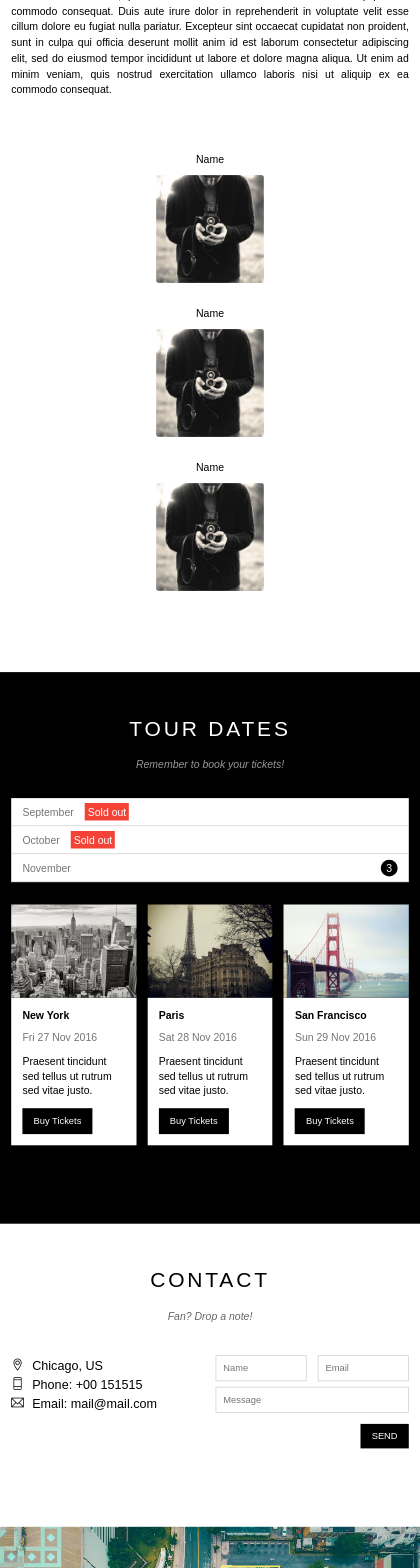
Repository: maivannhan1998/git-w3band
Page: index.html
The author's editor kept a copy of each file at every save. The page is drawn from the files as they stood at one save, then again after the next save.
The browser window is 600 px wide. The pictures show the part of the page from y = 573 to 2813 px (the page is 3270 px tall before and 3831 px after), at 70% of full size.

Above is the page before, as saved 2021-09-11 09:56:48.

### index.html

<!DOCTYPE html>
<html lang="en">
<head>
    <meta charset="UTF-8">
    <meta http-equiv="X-UA-Compatible" content="IE=edge">
    <meta name="viewport" content="width=device-width, initial-scale=1.0">
    <title>Document</title>
    <link rel="stylesheet" href="./asset/css/style.css">
    <link rel="stylesheet" href="./asset/css/responsive.css">
    <link rel="stylesheet" href="./asset/fontss/themify-icons/themify-icons.css">
</head>
<body>
    <div id="main">
        <div id="header">
            <!-- Begin: nav -->
            <ul id="nav">
                <li><a href="#">Home</a></li>
                <li><a href="#tour">Tour</a></li>
                <li><a href="#band">Band</a></li>
                <li><a href="#contact">Contact</a></li>
                <li><a href="#">
                    More
                    <i class="nav-arrow-down ti-angle-down"></i>
                </a>
                    <ul class="subnav">
                        <li><a href="#">Merchandise</a></li>
                        <li><a href="#">Extras</a></li>
                        <li><a href="#">Media</a></li>
                    </ul>
                </li>
            </ul>
            <!-- End: nav -->

            <!-- Begin: Search button -->
            <div class="search-btn">
                <i class="search-icon ti-search"></i>
            </div>

            <div id="mobile-menu" class="mobile-menu-btn">
                <i class="menu-icon ti-menu"></i>
            </div>
            <!-- End: Search button -->


        </div>

        <div id="slider">
            <div class="text-content">
                <h2 class="text-heading">New York</h2>
                <div class="text-des">The atmosphere in New York is lorem ipsum.</div>
            </div>
        </div>

        <div id="content">
            <!-- About section -->
            <div id="band" class="content-section">
                <h2 class="heading-section">THE BAND</h2>
                <p class="heading-sub-section">We love music</p>
                <p class="about-text">We have created a fictional band website. Lorem ipsum dolor sit amet, consectetur adipiscing elit, sed do eiusmod tempor incididunt ut labore et dolore magna aliqua. Ut enim ad minim veniam, quis nostrud exercitation ullamco laboris nisi ut aliquip ex ea commodo consequat. Duis aute irure dolor in reprehenderit in voluptate velit esse cillum dolore eu fugiat nulla pariatur. Excepteur sint occaecat cupidatat non proident, sunt in culpa qui officia deserunt mollit anim id est laborum consectetur adipiscing elit, sed do eiusmod tempor incididunt ut labore et dolore magna aliqua. Ut enim ad minim veniam, quis nostrud exercitation ullamco laboris nisi ut aliquip ex ea commodo consequat.</p>
                <div class="row members-list">
                    <div class="member-item col col-third text-center">
                         <p class="member-name">Name</p>
                         <img src="./asset/img/band/member1.jpg" alt="Name" class="member-img">
                    </div>
                    <div class="member-item col col-third text-center">
                        <p class="member-name">Name</p>
                        <img src="./asset/img/band/member1.jpg" alt="Name" class="member-img">
                   </div>
                   <div class="member-item col col-third text-center">
                        <p class="member-name">Name</p>
                        <img src="./asset/img/band/member1.jpg" alt="Name" class="member-img">
                    </div>


                </div>
            </div>

            <!--Tour section  -->
            <div id="tour" class="tour-section">

                <div class="content-section">
                    <h2 class="heading-section text-white">TOUR DATES</h2>
                    <p class="heading-sub-section text-white">Remember to book your tickets!</p>
                    <ul class="tickets-list">
                        <li>September<span class="sold-out">Sold out</span></li>
                        <li>October<span class="sold-out">Sold out</span></li>
                        <li>November<span class="quanity">3</span></li>
                    </ul>

                    <!-- Place section -->
                    <div class="row places-list">
                        <div class="col col-third ">
                            <img src="./asset/img/places/newyork.jpg" alt="New York" class="place-img">
                            <div class="place-content">
                                <h3 class="place-heading">New York</h3>
                                <p class="place-time">Fri 27 Nov 2016</p>
                                <p class="place-des">Praesent tincidunt sed tellus ut rutrum sed vitae justo.</p>
                                <button class="place-buy-btn js-buy-ticket">Buy Tickets</button>
                            </div>
                        </div>

                        <div class=" col col-third ">
                            <img src="./asset/img/places/paris.jpg" alt="Paris" class="place-img">
                            <div class="place-content">
                                <h3 class="place-heading">Paris</h3>
                                <p class="place-time">Sat 28 Nov 2016</p>
                                <p class="place-des">Praesent tincidunt sed tellus ut rutrum sed vitae justo.</p>
                                <button class="place-buy-btn js-buy-ticket">Buy Tickets</button>
                            </div>
                        </div>

                        <div class=" col col-third ">
                            <img src="./asset/img/places/sanfran.jpg" alt="San Francisco" class="place-img">
                            <div class="place-content">
                                <h3 class="place-heading">San Francisco</h3>
                                <p class="place-time">Sun 29 Nov 2016</p>
                                <p class="place-des">Praesent tincidunt sed tellus ut rutrum sed vitae justo.</p>
                                <button class="place-buy-btn js-buy-ticket">Buy Tickets</button>
                            </div>
                        </div>


                    </div>
                </div>


            </div>

            <!-- Contact section -->

            <div id="contact" class="content-section">
                <h2 class="heading-section">CONTACT</h2>
                <p class="heading-sub-section">Fan? Drop a note!</p>


                <div class="row contact-content">
                    <div class="col col-half contact-info">
                           <p><i class="ti-location-pin"></i>Chicago, US</p>
                           <p><i class="ti-mobile"></i>Phone: +00 151515</p>
                           <p><i class="ti-email"></i>Email: mail@mail.com</p>
                    </div>
                    <div class="col col-half contact-form">
                        <form action="">
                            <div class="row">
                                   <div class="col col-half">
                                       <input type="text" name="" placeholder="Name" required  id="contact-name" class="form-control">
                                   </div>
                                   <div class="col col-half">
                                       <input type="email" name="" placeholder="Email" required id="contact-email" class="form-control">
                                   </div>
                                   <!-- <div class="clear"></div> -->
                            </div>
                            <div class="row mt-8">
                               <div class="col col-full">
                                   <input type="text" name="" placeholder="Message" id="contact-message" required class="form-control">
                               </div>
                            </div>
                            <input class="form-submit-btn mt-16" type="submit" value="SEND">

                        </form>
                    </div>
                </div>
            </div>

            <!-- End contact section -->

            <div class="map-section">
                <img src="./asset/img/map.jpg" alt="Map">
            </div>



        </div>

        <div id="footer">
            <div class="social-list">
                <a href=""><i class="ti-facebook"></i></a>
                <a href=""><i class="ti-instagram"></i></a>
                <a href=""><i class="ti-github"></i></a>
                <a href=""><i class="ti-pinterest"></i></a>
                <a href=""><i class="ti-twitter"></i></a>
                <a href=""><i class="ti-linkedin"></i></a>
            </div>
            <p class="copyright">Powered by <a href="">w3.css</a></p>
        </div>
    </div>

    <div class="modal js-modal">
        <div class= "modal-container js-modal-container">
            <div class="modal-close js-modal-close">
                <i class="ti-close"></i>
            </div>
            <header class="modal-header">
                <i class="modal-tibag-icon ti-bag"></i>
                Tickets
            </header>

            <div class="modal-body">
                <label for="ticket-quanity" class="modal-label">
                    <i class="ti-shopping-cart"></i>
                    Tickets, $15 per person
                </label>
                <input id="ticket-quanity" type="text" class="modal-input" placeholder="How many?">

                <label for="ticket-email" class="modal-label">
                    <i class="ti-user"></i>
                    Send to
                </label>
                <input id="ticket-email" type="email" class="modal-input" placeholder="Enter mail...">

                <button id="buy-tickets">
                    Pay <i class="ti-check"></i>
                </button>


            </div>

            <footer class="modal-footer">
                <p class="modal-help">Need <a href="">help?</a></p>
            </footer>
        </div>
    </div>

 <script>
        const buyBtns = document.querySelectorAll('.js-buy-ticket')
        const modal = document.querySelector('.js-modal')
        const modalContainer = document.querySelector('.js-modal-container')
        const modalClose = document.querySelector('.js-modal-close')

        function showBuyTickets() {
            modal.classList.add('open')
        }
        function hiddenBuyTickets() {
            modal.classList.remove('open')
        }

        for ( const buyBtn of buyBtns) {
            buyBtn.addEventListener('click', showBuyTickets )
        }

        modalClose.addEventListener('click', hiddenBuyTickets)

        modal.addEventListener('click', hiddenBuyTickets)

        modalContainer.addEventListener('click', function(event){
            event.stopPropagation()
        })

    </script>

    <script>
        var header = document.getElementById('header');
        var mobileMenu = document.getElementById('mobile-menu');
        var headerHeight = header.clientHeight;

        // Đóng/mở mobile menu
        mobileMenu.onclick = function () {
           var isClose = header.clientHeight === headerHeight;
           if (isClose) {
               header.style.height = 'auto';
           } else {
               header.style.height = null;
           }
        }
        //tự động đóng khi chọn menu
        var menuItems = document.querySelectorAll('#nav li a[href*="#"]')
        for(var i = 0; i < menuItems.length; i++) {
            var menuItem = menuItems[i];

            menuItem.onclick = function(event){
                var isParentMenu = this.nextElementSibling && this.nextElementSibling.classList.contains('subnav');
                if(isParentMenu) {
                    event.preventDefault();
                } else {
                    header.style.height = null;
                }
            }

        }
    </script>

</body>
</html>

### asset/css/style.css
/* Reset CSS*/
*{
    padding: 0;
    margin: 0;
    box-sizing: border-box;
}

/* common */

.row {
    margin-left: -8px;
    margin-right: -8px;
}

.row::after {
    content: "";
    display: block;
    clear: both;
}

.col {
    float: left;
    padding-left: 8px;
    padding-right: 8px;
}

.col-third {
    width: 33.33333%;
}

.col-half {
    width: 50%;
}

.col-full {
    width: 100%;
}

.text-center {
    text-align: center !important;
}

.clear {
    clear: both;
}

.text-white {
    color: #fff !important;
}

.mt-8 {
    margin-top: 8px;
}

.mt-16 {
    margin-top: 16px;
}

html{
    font-family: Arial, Helvetica, sans-serif;
    scroll-behavior: smooth;

}

#main{

}

#header{
    position: fixed;
    top: 0;
    left: 0;
    right: 0;
    height: 46px;
    background-color: #000;
    z-index: 1;

}

#nav {
    display: inline-block ;
}

#nav, .subnav {
    list-style-type: none;
}

#nav > li {
    display: inline-block;
}

#nav li{
    position: relative;

}

#nav > li > a {
    color: #fff;
    text-transform: uppercase;
}

#nav li a {
    padding: 0 24px;
    line-height: 46px;
    display: block;
    text-decoration: none;
}
#nav .subnav li:hover a,
#nav > li:hover > a {
    color: #000;
    background-color: #ccc;
}

#nav .subnav {
    display: none;
    position: absolute;
    top: 100%;
    left: 0;
    min-width: 160px;
    background-color: #fff;
    box-shadow: 0 0 10px rgba(0, 0, 0, 0.3);
}

#nav .subnav a {
    color: #000;
    padding: 0 12px;
    line-height: 38px;

}

#nav li:hover .subnav {
    display: block;
}

.nav-arrow-down {
    font-size: 14px;
}

#header .mobile-menu-btn {
    position: absolute;
    top: 0;
    right: 0;
    display: none;
}

#header .mobile-menu-btn,
#header .search-btn {
    float: right;
    padding: 0px 21px;
}

#header .mobile-menu-btn:hover {
    background-color: #ccc;
}

#header .mobile-menu-btn:hover .menu-icon {
    color: #000;
}

#header .search-btn:hover  {
    cursor: pointer;
    background-color: #f44336;
}
#header .menu-icon,
#header .search-icon {
    color: #fff;
    font-size: 20px;
    line-height: 46px;
}

#slider{
   margin-top: 45px;
   /* chỉ số % chiều ngang của chính nó (chiều cao lun bằng 1/2 chiều ngang) */
   position: relative;
   padding-top: 50%;
   background: url('../img/slider/slider1.jpg') top center / cover no-repeat;
}

#slider .text-content {
    position: absolute;
    bottom: 47px;
    color: #fff;
    width: 100%;
    /* left: 50%;
   transform: translateX(-50%); */
   text-align: center;

}

#slider .text-heading {
    font-weight: 500;
    font-size: 24px;
}

#slider .text-des {
    font-size: 15px;
    margin-top: 25px;
}

#content{

}

#content .content-section {
    width: 800px;
    padding: 64px 0 112px;
    margin-left: auto;
    margin-right: auto;
    /*responsive */
    max-width: 100%;
    padding-left: 16px;
    padding-right: 16px;

}

#content .heading-section {
    text-align: center;
    font-size: 30px;
    font-weight: 500;
    letter-spacing: 4px;
}

#content .heading-sub-section {
    text-align: center;
    font-size: 15px;
    margin-top: 25px;
    font-style: italic;
    opacity: 0.6;
}

#content .about-text {
    margin-top: 25px;
    text-align: justify;
    font-size: 15px;
    line-height: 1.5;
}

#content .members-list {
    margin-top: 48px;
}



#content .member-name {
    font-size: 15px;
}

#content .member-img {
    width: 154px;
    margin-top: 15px ;
    border-radius: 4px;

}

/* tour section */

.tour-section {
    background-color: #000;
}

.tickets-list {
    margin-top: 40px;
    list-style-type: none;
    background-color: #fff;

}

.tickets-list li {
    color: #757575;
    font-size: 15px;
    padding: 11px 16px;
    border-bottom: 1px solid #ccc;
}

.tickets-list .sold-out {
    color: #fff;
    background-color: #f44336;
    padding: 4px 4px;
    margin-left: 16px;
}

.tickets-list .quanity {
    float: right;
    color: #fff;
    background-color: #000;
    width: 24px;
    height: 24px;
    border-radius: 50%;
    text-align: center;
    margin-top: -3px;
    line-height: 24px;
}

.places-list {
    margin-top: 32px;

}

.place-img{
    width: 100%;
    display: block;
}

.place-img:hover {
    opacity: 0.6;
}

.place-content{
background-color: #fff;
padding: 16px;
font-size: 15px;
}

.place-heading{
    font-size: 15px;
}

.place-time{
    margin-top: 15px;
    color: #757575;
}

.place-des{
    margin: 15px 0;
    line-height: 1.4;
}

.place-buy-btn{
    color: #fff;
    background-color: #000;
    text-decoration: none;
    padding: 11px 16px;
    display: inline-block;
    border: none;
}

.place-buy-btn:hover {
    color: #000;
    background-color: #ccc;
}

/* contact form */

.contact-content {
    margin-top: 48px;
}

.contact-info {
    font-size: 18px;
}

.contact-info i[class*="ti-"]{
    width: 30px;
    display: inline-block;
    line-height: 1.5;
}

.contact-form {
    font-size: 15px;
}

.contact-form .form-control {
    padding: 10px;
    border: 1px solid #ccc;
    width: 100%;
}

.form-submit-btn {
    padding: 10px 16px;
    float: right;
    color: #fff;
    background: #000;
    border: none;
}

.form-submit-btn:hover {
    color: #000;
    background-color: #ccc;
}

.map-section img {
    width: 100%;
}

/* Footer section */

#footer{
    padding: 64px 16px;
    text-align: center;
}

#footer .social-list {
    font-size: 24px;
}

#footer .social-list a {
    color: rgba(0, 0, 0, 0.6);
    text-decoration: none;
}
#footer .copyright a:hover,
#footer .social-list a:hover {
    color: rgba(0, 0, 0, 0.4);
}
#footer .copyright a {
    margin-top: 15px;
    color: rgba(0, 0, 0, 0.6);
}

.modal {
    position: fixed;
    top: 0;
    left: 0;
    right: 0;
    bottom: 0;
    background-color: rgba(0, 0, 0, 0.4);
    align-items: center;
    justify-content: center;
    display: none;
}

.modal.open {
    display: flex;
}

.modal-container {
    background: #fff;
    width: 900px;
    max-width: calc(100% - 32px);
    min-height: 200px;
    position: relative;
    animation: mymove ease 0.5s;
}

.modal-header {
    display: flex;
    align-items: center;
    justify-content: center;
    font-size: 30px;
    color: #fff;
    background-color: #009688;
    min-height: 130px;
    letter-spacing: 4px;
}

.modal-tibag-icon {
    margin-right: 16px;
}

.modal-close {
    position: absolute;
    right: 0;
    top: 0;
    padding: 17px 15px;
    color: #fff;
    cursor: pointer;

}

.modal-close:hover {
    color: #000;
    background-color: #ccc;
}

.modal-body {
    padding: 16px;
}

.modal-label {
    display: block;
    font-size: 15px;
    margin-bottom: 12px;
}

.modal-input {
    border: 1px solid #ccc;
    padding: 11px;
    width: 100%;
    font-size: 15px;
    margin-bottom: 24px;
}

#buy-tickets {
    width: 100%;
    color: #fff;
    background-color: #009688;
    border: none;
    padding: 19px;
    text-transform: uppercase;
    font-size: 15px;
    cursor: pointer;
}

#buy-tickets:hover {
    color: #000;
    background-color: #ccc;
}

.modal-footer {
    padding: 16px;
    float: right;
    font-size: 15px;
}

.modal-footer a {
    color: #2196f3;
    cursor: pointer;
}

@keyframes mymove {
    from{
        transform: translateY(-140px);
        opacity: 0;
    }

    to{
        transform: translateY(0);
        opacity: 1;
    }


}

### asset/css/responsive.css
/* PC */
@media (min-width: 1024px) {

}

/* Tablet */
@media (min-width: 740px) and (max-width: 1023px) {

}

/* Mobile */
@media (max-width: 739px) {

   #header {
       overflow: hidden;
   }

    #header .mobile-menu-btn {
    display: block;
    }

    #header .search-btn {
        display: none;
    }

    #nav {
        display: block;
    }

    #nav .subnav {
        position: initial;
        background-color: #333;
    }

    #nav .subnav a {
        color: #fff;
        padding: 5px 41px;
    }

    #nav li {
        display: block;
    }

    #nav > li:first-child {
        display: inline-block;
    }

    #content .member-item {
        padding-top: 30px ;
        width: 100%;
    }
}

Loaded but not shown: asset/fontss/themify-icons/themify-icons.css (common file)

After the next save:
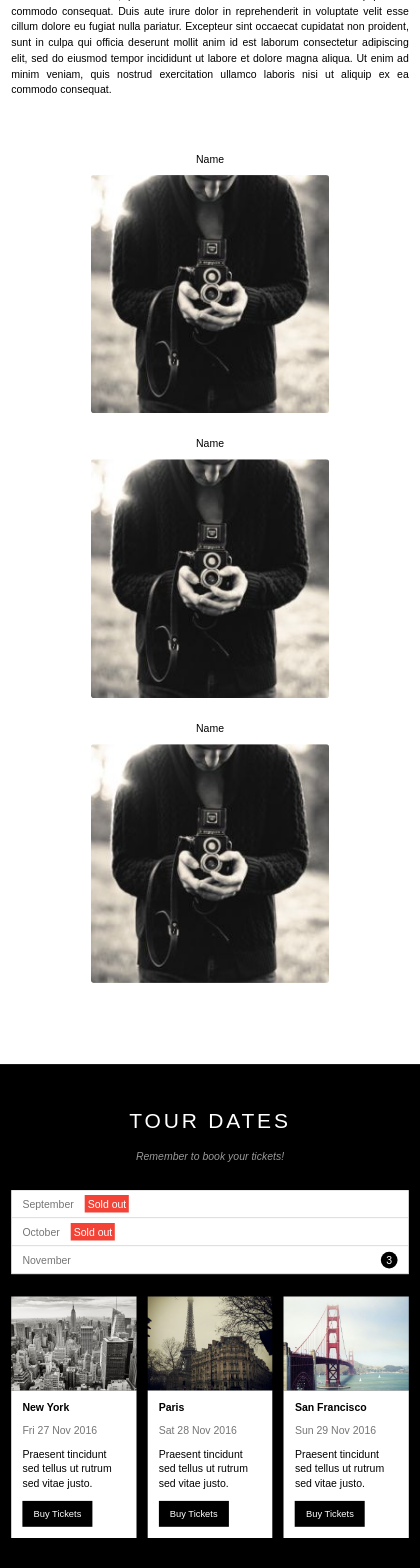
Saved 103 s later.
--- a/asset/css/responsive.css
+++ b/asset/css/responsive.css
@@ -49,4 +49,8 @@
         padding-top: 30px ;
         width: 100%;
     }
+
+    #content .member-img {
+        width: 60%;
+    }
 }
